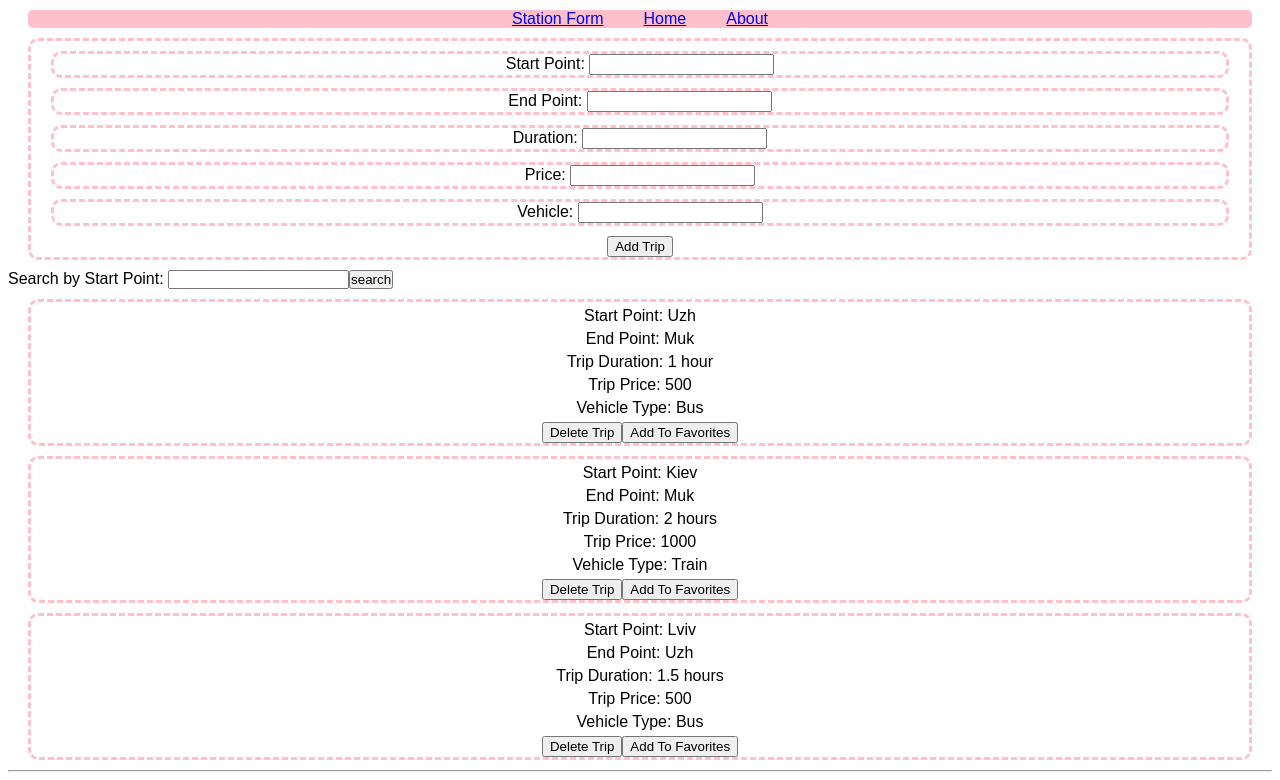
Repository: rutsguifd/mkr2
Page: /#/station-form
These files come from the project's save history. The page is drawn as it stood at one moment and after the next save; the edit follows.
The browser window is 1280 px wide. The pictures show the whole page.
The project was rebuilt for these pictures with package versions that can differ from the ones it lists, and the page was loaded fresh each time. Also part of the build but not shown: src/views/Home.vue, src/views/About.vue, src/components/FavoriteTrips.vue.

Above is the page before, as saved 2021-12-22 00:05:45.

### src/App.vue
<template>
  <div>
    <router-view />
  </div>
</template>

<script>
  export default {

  }
</script>

<style lang="scss" scoped>

</style>

### src/router/index.js
import { createRouter, createWebHashHistory } from 'vue-router'
import Home from '../views/Home.vue'
import About from '../views/About.vue'
import StationForm from '../views/StationForm.vue'


const routes = [
  {
    path: '/',
    name: 'Home',
    component: Home
  },
  {
    path: '/about',
    name: 'About',
    component: About
  },
  {
    path: '/station-form',
    name: 'StationForm',
    component: StationForm
  }
]

const router = createRouter({
  history: createWebHashHistory(),
  routes
})

export default router

### src/store/index.js
import { createStore } from 'vuex'

export default createStore({
  state: {
    tripInfo: [
      {
        id: 1,
        tripStart: "Uzh",
        tripEnd: "Muk",
        tripDuration: "1 hour",
        tripPrice: "500",
        vehicle: "Bus"
      },
      {
        id: 2,
        tripStart: "Kiev",
        tripEnd: "Muk",
        tripDuration: "2 hours",
        tripPrice: "1000",
        vehicle: "Train"
      },
      {
        id: 3,
        tripStart: "Lviv",
        tripEnd: "Uzh",
        tripDuration: "1.5 hours",
        tripPrice: "500",
        vehicle: "Bus"
      }
    ],
    favoriteTrips: [],
    searchT: ""
  },
  mutations: {
    addTrip(state, trip) {
      state.tripInfo.push({
        tripStart: trip.start,
        tripEnd: trip.end,
        tripDuration: trip.dur,
        tripPrice: trip.price,
        vehicle: trip.veh
      })
    },
    deleteTrip(state, ind) {
      state.tripInfo.splice(ind, 1)
    },
    updateFavorites(state, fav) {
      state.favoriteTrips.push(fav)
      console.log(state.favoriteTrips)
    },
    updateTripInfo(state, list) {
      state.tripInfo = list
    },
    searchTitle(state, search) {
      state.searchT = search
    }
  },
  actions: {
    addToFavorites(context, trip) {
      let fav = {
        id: trip.id,
        tripStart: trip.start,
        tripEnd: trip.end,
        tripDuration: trip.dur,
        tripPrice: trip.price,
        vehicle: trip.veh
      }
      context.commit("updateFavorites", fav)
      //console.log(context.state.favoriteTrips)
    },
    filter(context) {
      let list = context.state.tripInfo;
      if (context.state.searchT)
        list = context.state.tripInfo.filter((x) =>
          x.tripStart.startsWith(context.state.searchT)
        );
      context.commit("updateTripInfo", list)
      console.log(list)
    },
  },
  getters: {
    AllTrips(state) {
      return state.tripInfo
    },
    AllFavoriteTrips(state) {
      return state.favoriteTrips
    }
  }
})

### src/views/StationForm.vue
<template>
  <div>
    <Header />
    <AddTrip />
    <div>
      <label>
        Search by Start Point:
        <input type="text" v-model="search" />
        <button @click="srch">search</button>
      </label>
    </div>
    <trip-card v-for="(trip, ind) in AllTrips" :key="ind" :trip="trip" />
    <hr />
    <favorite-trips
      v-for="trip in AllFavoriteTrips"
      :key="trip.id"
      :trip="trip"
    />
  </div>
</template>

<script>
import { mapGetters, mapMutations, mapActions } from "vuex";
import FavoriteTrips from "../components/FavoriteTrips.vue";
import AddTrip from "../components/AddTrip.vue";
import Header from "../components/Header.vue";
import TripCard from "../components/TripCard.vue";
export default {
  name: "StationForm",
  components: {
    TripCard,
    Header,
    AddTrip,
    FavoriteTrips,
  },
  data() {
      return {
          search: ""
      }
  },
  computed: {
    ...mapGetters(["AllFavoriteTrips"]),
    ...mapGetters(["AllTrips"]),
  },
  methods: {
      ...mapActions(["filter"]),
          ...mapMutations(["searchTitle"]),
      srch() {
          this.searchTitle(this.search)
      }
  }
};
</script>

<style lang="scss" scoped>
* {
  margin: 0;
  padding: 0;
  box-sizing: border-box;
  font-family: "Fira Sans", sans-serif;
}
</style>

### src/components/Header.vue
<template>
  <div class="header">
    <span><router-link to="/station-form">Station Form</router-link></span>
    <span><router-link to="/">Home</router-link></span>
    <span><router-link to="/about">About</router-link></span>
  </div>
</template>

<script>
export default {};
</script>

<style lang="scss" scoped>
.header{
    text-align: center;
    margin: 10px 20px;
    background: pink;
    border-radius: 5px;
    span{
        margin: 0px 20px;
    }
}
</style>

### src/components/AddTrip.vue
<template>
  <div class="add">
    <div>
      <label>
        Start Point:
        <input type="text" v-model="tripStart" />
      </label>
    </div>
    <div>
      <label>
        End Point:
        <input type="text" v-model="tripEnd" />
      </label>
    </div>
    <div>
      <label>
        Duration:
        <input type="text" v-model="tripDuration" />
      </label>
    </div>
    <div>
      <label>
        Price:
        <input type="text" v-model="tripPrice" />
      </label>
    </div>
    <div>
      <label>
        Vehicle:
        <input type="text" v-model="vehicle" />
      </label>
    </div>
    <button @click="add">Add Trip</button>
  </div>
</template>

<script>
import { mapMutations } from "vuex";
export default {
  data() {
    return {
      tripStart: "",
      tripEnd: "",
      tripDuration: "",
      tripPrice: "",
      vehicle: "",
    };
  },
  methods: {
    ...mapMutations(["addTrip"]),
    add() {
      this.addTrip({
        id: Date.now(),
        start: this.tripStart,
        end: this.tripEnd,
        dur: this.tripDuration,
        price: this.tripPrice,
        veh: this.vehicle,
      }),
        (this.tripStart = "");
      this.tripEnd = "";
      this.tripDuration = "";
      this.tripPrice = "";
      this.vehicle = "";
    },
  },
};
</script>

<style lang="scss" scoped>
.add {
    border: 3px dashed pink;
    border-radius: 10px;
    margin: 10px 20px;
    text-align: center;
  div {
      border: 3px dashed pink;
    border-radius: 10px;
    margin: 10px 20px;
  }
}
</style>

### src/components/TripCard.vue
<template>
  <div>
    <div class="card">
      <div>Start Point: {{ trip.tripStart }}</div>
      <div>End Point: {{ trip.tripEnd }}</div>
      <div>Trip Duration: {{ trip.tripDuration }}</div>
      <div>Trip Price: {{ trip.tripPrice }}</div>
      <div>Vehicle Type: {{ trip.vehicle }}</div>
      <button @click="del(ind)">Delete Trip</button>
      <button @click="favorite">Add To Favorites</button>
    </div>
  </div>
</template>

<script>
import { mapMutations, mapGetters, mapActions } from "vuex";
export default {
  name: "TripCard",
  props: ["trip"],
  methods: {
    ...mapMutations(["deleteTrip"]),
    ...mapActions(["addToFavorites"]),
    del(ind) {
      this.deleteTrip(ind);
    },
    favorite() {
      this.addToFavorites({
        id: Date.now(),
        start: this.trip.tripStart,
        end: this.trip.tripEnd,
        dur: this.trip.tripDuration,
        price: this.trip.tripPrice,
        veh: this.trip.vehicle,
      });
    },
  },
  computed: {
    ...mapGetters(["AllTrips"]),
  },
};
</script>

<style lang="scss" scoped>
.card {
  text-align: center;
  margin: 10px 20px;
  border: 3px dashed pink;
  border-radius: 10px;
  div {
    margin: 5px 0px;
  }
}
</style>

Loaded but not shown: public/index.html (common file); src/main.js (common file)

After the next save:
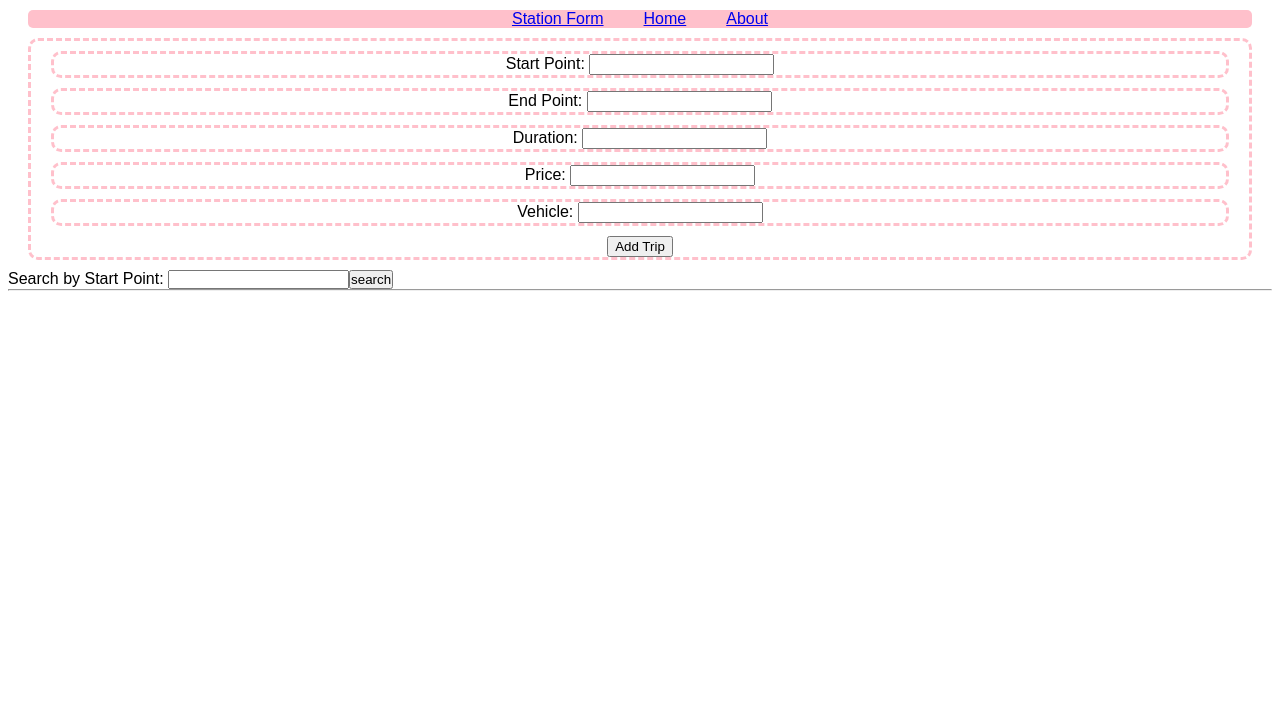
Saved 20 s later.
--- a/src/views/StationForm.vue
+++ b/src/views/StationForm.vue
@@ -9,7 +9,7 @@
         <button @click="srch">search</button>
       </label>
     </div>
-    <trip-card v-for="(trip, ind) in AllTrips" :key="ind" :trip="trip" />
+    <trip-card v-for="(trip, ind) in filter" :key="ind" :trip="trip" />
     <hr />
     <favorite-trips
       v-for="trip in AllFavoriteTrips"
@@ -34,21 +34,21 @@
     FavoriteTrips,
   },
   data() {
-      return {
-          search: ""
-      }
+    return {
+      search: "",
+    };
   },
   computed: {
     ...mapGetters(["AllFavoriteTrips"]),
     ...mapGetters(["AllTrips"]),
   },
   methods: {
-      ...mapActions(["filter"]),
-          ...mapMutations(["searchTitle"]),
-      srch() {
-          this.searchTitle(this.search)
-      }
-  }
+    ...mapActions(["filter"]),
+    ...mapMutations(["searchTitle"]),
+    srch() {
+      this.searchTitle(this.search);
+    },
+  },
 };
 </script>
 

After the 2 saves that followed:
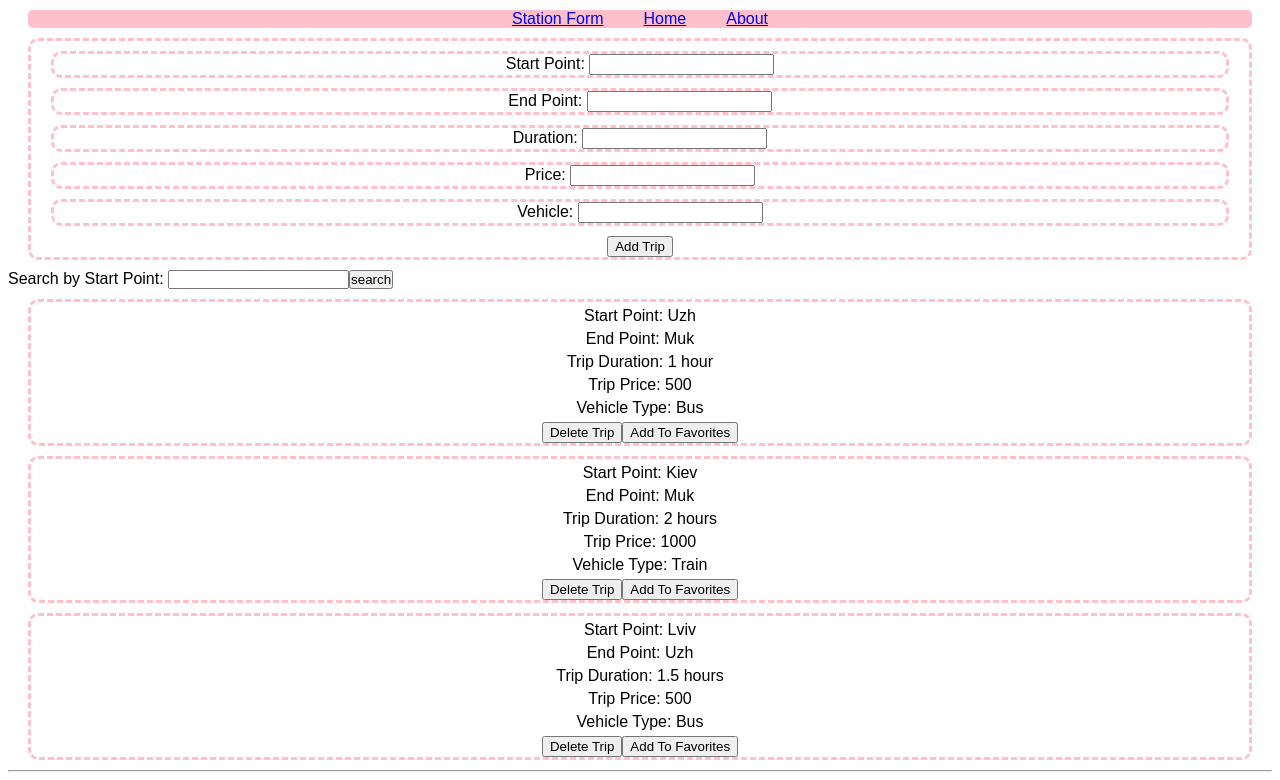
The 2 saves are shown as one change because 1 left the picture as it was.
The last was saved 2 min 18 s later.
--- a/src/views/StationForm.vue
+++ b/src/views/StationForm.vue
@@ -9,7 +9,7 @@
         <button @click="srch">search</button>
       </label>
     </div>
-    <trip-card v-for="(trip, ind) in filter" :key="ind" :trip="trip" />
+    <trip-card v-for="(trip, ind) in AllTrips" :key="ind" :trip="trip" />
     <hr />
     <favorite-trips
       v-for="trip in AllFavoriteTrips"
@@ -47,6 +47,7 @@
     ...mapMutations(["searchTitle"]),
     srch() {
       this.searchTitle(this.search);
+      this.filter()
     },
   },
 };
